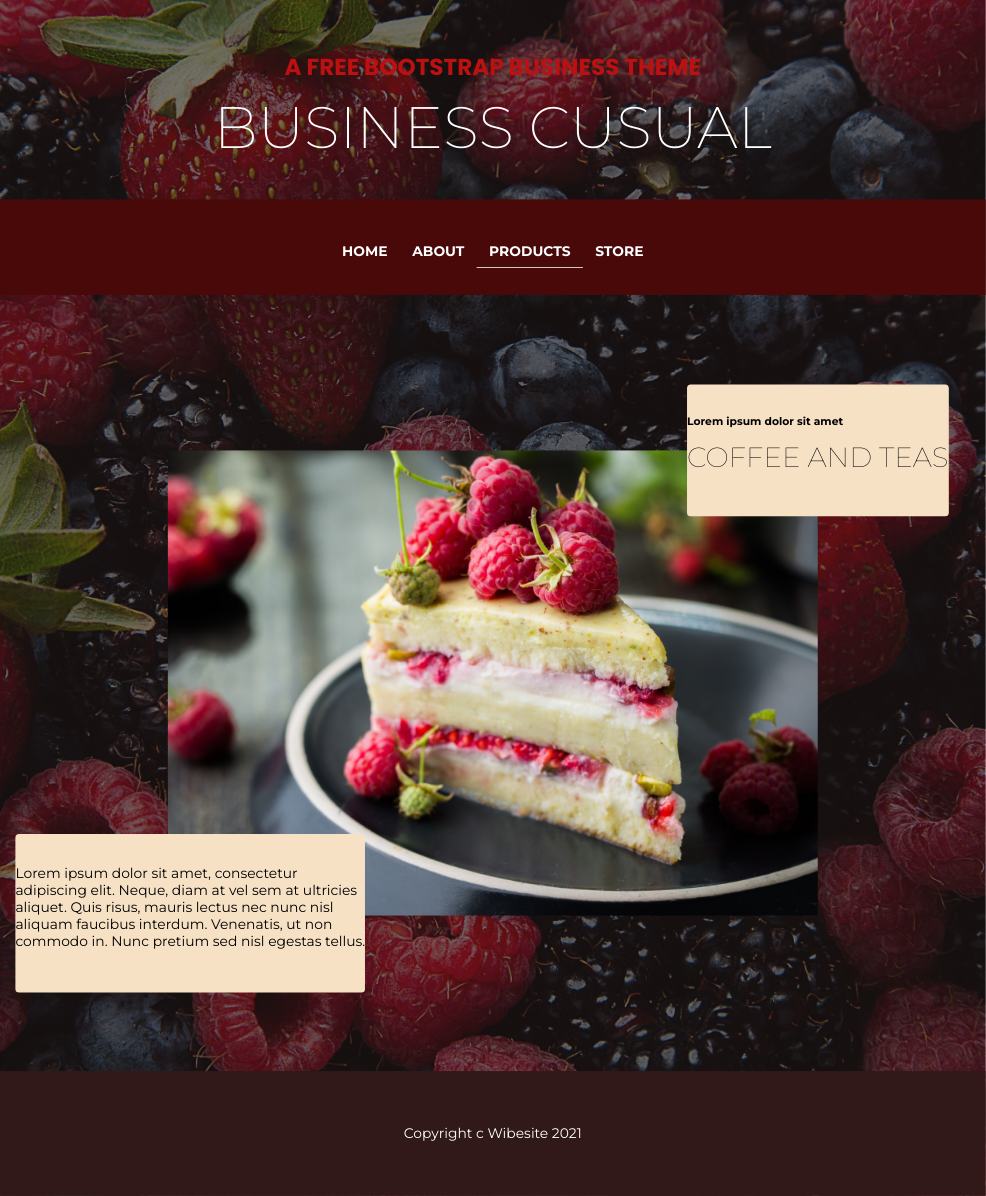
Repository: wadelfadill/tache_7_Business_bootstrap_theme
Page: product.html
These files come from the project's save history. The page is drawn as it stood at one moment and after the next save; the edit follows.
The browser window is 1280 px wide. The pictures show the whole page, at 77% of full size.

Above is the page before, as saved 2023-04-28 10:34:26.

### product.html
<!DOCTYPE html>
<html lang="en">
<head>
    <meta charset="UTF-8">
    <meta http-equiv="X-UA-Compatible" content="IE=edge">
    <meta name="viewport" content="width=device-width, initial-scale=1.0">
    <!------ title of website ------>
    <title>Business website</title>
    <!------ Bootstrap cdn link ------>
    <link href="https://cdn.jsdelivr.net/npm/bootstrap@5.1.3/dist/css/bootstrap.min.css" rel="stylesheet" integrity="sha384-1BmE4kWBq78iYhFldvKuhfTAU6auU8tT94WrHftjDbrCEXSU1oBoqyl2QvZ6jIW3" crossorigin="anonymous">
    <!------- css link -------------->
    <link rel="stylesheet" href="css/style.css">
    <link rel="stylesheet" href="css/product_style.css">
    <!---------Google Fonts links ---------->
    <link rel="preconnect" href="https://fonts.googleapis.com">
    <link rel="preconnect" href="https://fonts.gstatic.com" crossorigin>
    <link href="https://fonts.googleapis.com/css2?family=Montserrat:wght@100;200;400;700&family=Poppins:wght@700&display=swap" rel="stylesheet">

</head>
<body>
    <!-- ========== Start Header Section ========== -->
    <header id="header">
        <h2 class="first_title text-center">A FREE BOOTSTRAP BUSINESS THEME</h2>
        <h1 class="second_title text-center">BUSINESS CUSUAL</h1>
        <!-- ========== Start navbar  Section ========== -->
        <nav class="my-auto mt-5">
            <div class="container my-auto">
                <ul class="nav justify-content-center">
                    <li class="nav-item">
                      <a class="nav-link" aria-current="page" href="index.html">HOME</a>
                    </li>
                    <li class="nav-item">
                      <a class="nav-link" href="about.html">ABOUT</a>
                    </li>
                    <li class="nav-item">
                      <a class="nav-link active" href="product.html">PRODUCTS</a>
                    </li>
                    <li class="nav-item">
                      <a class="nav-link" href="store.html">STORE</a>
                    </li>
                </ul>
            </div>
        </nav>
        <!-- ========== End navbar  Section ========== -->
    </header>
    <!-- ========== End Header Section ========== -->
    <!-- ========== Start Main Section ========== -->
    <main>
      <!-- ========== Start First Section ========== -->
      <section id="first_section">
        <div class="container">
          <div class="row justify-content-center">
            <div class="col photo_fisrt position-relative">
              <div class="box-top position-absolute top-0 start-100 translate-middle">
                <p class="p1">Lorem ipsum dolor sit amet</p>
                <p class="p2">COFFEE AND TEAS</p>
              </div>
              <div class="box-bottom">
                <p>Lorem ipsum dolor sit amet, consectetur <br>
                  adipiscing elit. Neque, diam at vel sem at ultricies <br>
                  aliquet. Quis risus, mauris lectus nec nunc nisl <br>
                  aliquam faucibus interdum. Venenatis, ut non <br>
                  commodo in. Nunc pretium sed nisl egestas tellus.</p>
              </div>
            </div>
          </div>
        </div>
      </section>
      <!-- ========== End First Section ========== -->
    </main>
    <!-- ========== End Main Section ========== -->
    <footer id="footer">
        <p class="text-center">Copyright c Wibesite 2021</p>
    </footer>



    <!------ Bootstrap script -------->
    <script src="https://cdn.jsdelivr.net/npm/bootstrap@5.1.3/dist/js/bootstrap.bundle.min.js" integrity="sha384-ka7Sk0Gln4gmtz2MlQnikT1wXgYsOg+OMhuP+IlRH9sENBO0LRn5q+8nbTov4+1p" crossorigin="anonymous"></script>
</body>
</html>

### css/style.css
/* ===== General ====== */

:root{
    --red-color: #BD1111;
    --bg-red:#490909;
    --white-color: #FFFFFF;
    --black-color: #000000;
    --bg-beize:#F6E1C5;
    --bg-red-black: #311919;
    --bg-red-opac:rgba(165, 52, 43, 0.69);
    --red-border: #CD5449;
}
*{
    margin: 0;
    padding: 0;
}
body{
    padding: 0;
    margin: 0;
    background-image: linear-gradient(rgba(34, 24, 24, 0.6), rgba(34, 24, 24, 0.6)), url("../images/1.jpeg");
    background-position: center;
    background-size: cover;
    background-repeat: no-repeat;
}
/* ===== squelette ====== */
/* ===== header section ====== */
/* ===== header titles ======= */
#header .first_title{
    font-family: 'Poppins';
    font-style: normal;
    font-weight: 700;
    font-size: 30px;
    line-height: 45px;
    color: var(--red-color);
    margin-top: 65px;
}
#header .second_title{
    font-family: 'Montserrat';
    font-style: normal;
    font-weight: 200;
    font-size: 76px;
    line-height: 93px;
    color: var(--white-color);
}
/* ====== header navbar ======*/
#header nav{
    background: var(--bg-red);
    height: 124px;
}
#header nav ul li{
    margin-top: 48px;
}
#header nav a{
    font-family: 'Montserrat';
    font-style: normal;
    font-weight: 700;
    font-size: 18px;
    line-height: 22px;
    color: var(--white-color);
}
#header nav a.active{
    padding-bottom: 10px;
    border-bottom: 1px solid white;
}
/* ==== Main section ==========*/
/* main{
    height: 1000px;
} */
/* ====== footer section ====== */
#footer{
    height: 162px;
    background: var(--bg-red-black);
    padding-top: 70px;
}
#footer p{
    font-family: 'Montserrat';
    font-style: normal;
    font-weight: 400;
    font-size: 18px;
    line-height: 22px;
    color: var(--white-color);
}


/* ===== responsive css ======*/
@media screen and (max-width:550px) {
    #header .second_title{
        font-size: 30px;
    }
    #header nav{
        height: max-content;
        padding-bottom: 40px;
    }
}

### css/product_style.css
/* ===== General ====== */

:root{
    --red-color: #BD1111;
    --bg-red:#490909;
    --white-color: #FFFFFF;
    --black-color: #000000;
    --bg-beize:#F6E1C5;
    --bg-red-black: #311919;
    --bg-red-opac:rgba(165, 52, 43, 0.69);
    --red-border: #CD5449;
}


/* ==========first section ========= */
#first_section{
    margin-top: 202px;
    margin-bottom: 202px;
    width: 100%;
}
#first_section .photo_fisrt{
    max-width: 844px;
    height: 604px;
    background: url("../images/gateau-p.png");
    align-self: center;
}
#first_section .box-top{
    max-width: 413px;
    min-height: 150px;
    background: var(--bg-beize);
    padding-top: 39px;
    padding-bottom: 39px;
    border-radius: 5px;
    width: max-content;
}
#first_section .box-top .p1{
    font-family: 'Montserrat';
    font-style: normal;
    font-weight: 600;
    font-size: 14px;
    line-height: 17px;
    color: #000000;
}
#first_section .box-top .p2{
    font-family: 'Montserrat';
    font-style: normal;
    font-weight: 100;
    font-size: 36px;
    line-height: 44px;
    color: #000000;
}
#first_section .box-bottom{
    max-width: 521px;
    min-height: 189px;
    padding-top: 40px;
    padding-bottom: 40px;
    position: absolute;
    bottom: -100px;
    left: -198px;
    background: var(--bg-beize);
    border-radius: 5px;
}
#first_section .box-bottom p{
    font-family: 'Montserrat';
    font-style: normal;
    font-weight: 400;
    font-size: 18px;
    line-height: 22px;
    color: #000000;
}

After the next save:
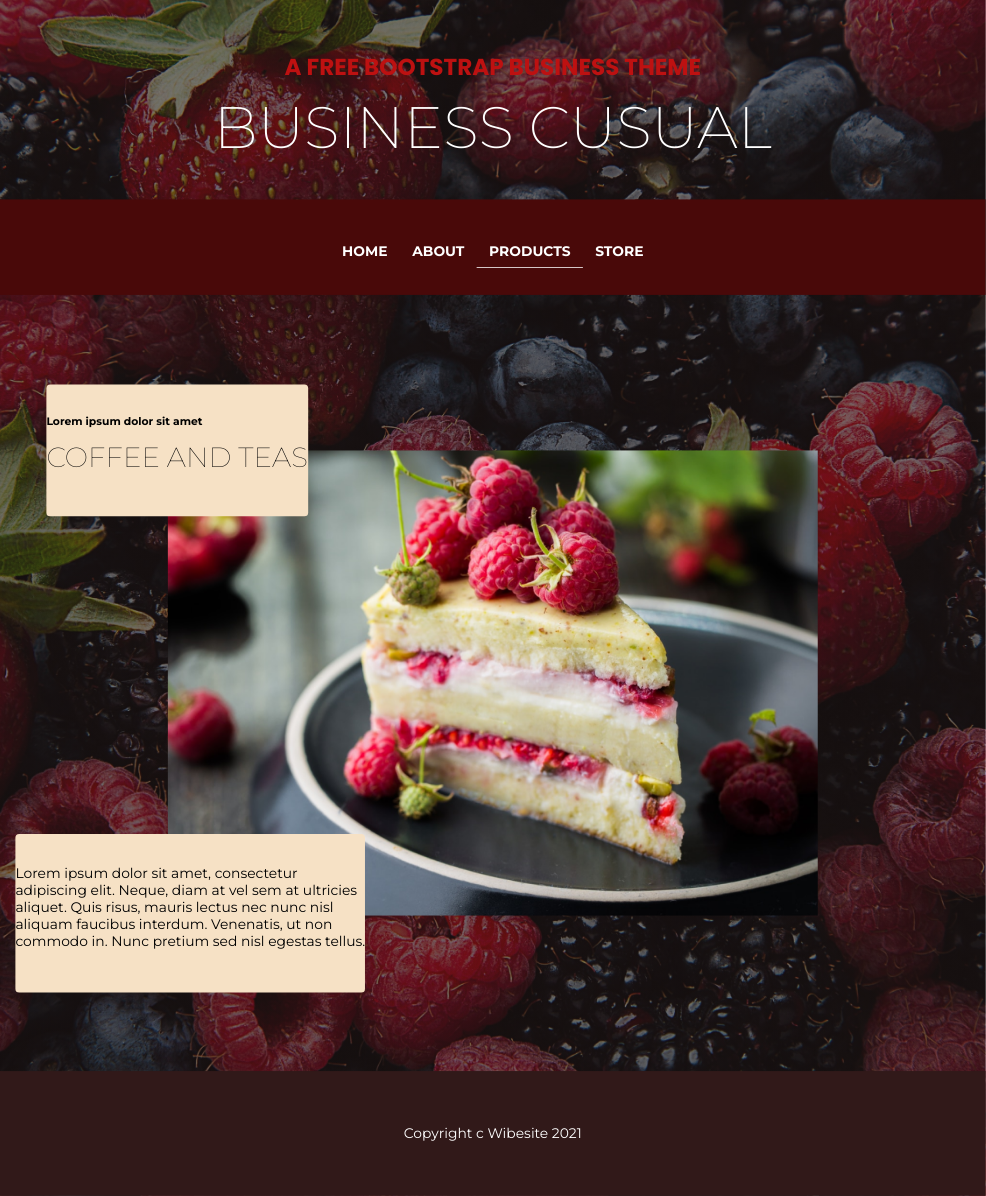
Saved 6 s later.
--- a/product.html
+++ b/product.html
@@ -51,7 +51,7 @@
         <div class="container">
           <div class="row justify-content-center">
             <div class="col photo_fisrt position-relative">
-              <div class="box-top position-absolute top-0 start-100 translate-middle">
+              <div class="box-top position-absolute top-0 start-md-100 translate-middle">
                 <p class="p1">Lorem ipsum dolor sit amet</p>
                 <p class="p2">COFFEE AND TEAS</p>
               </div>

After the save that followed:
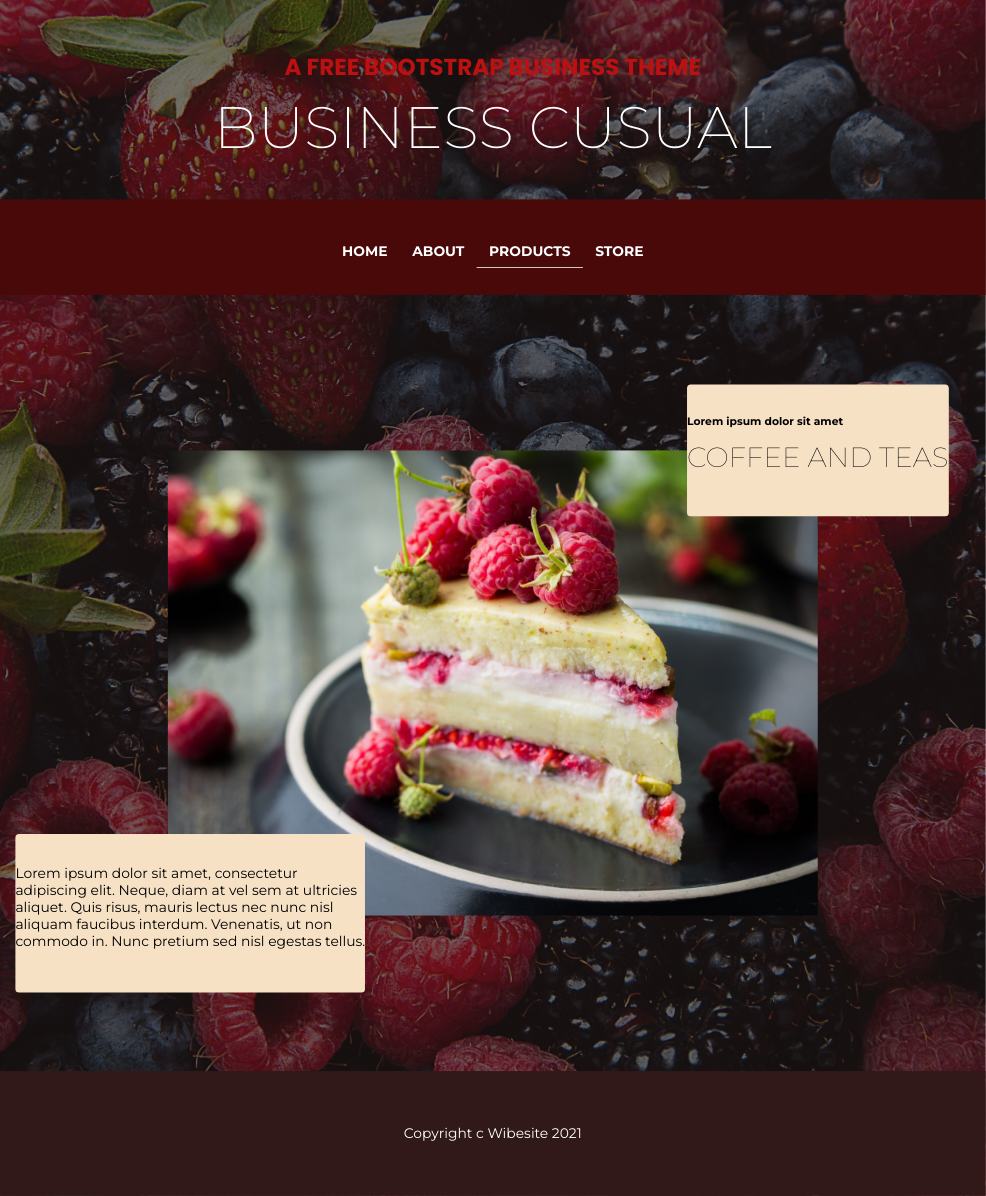
Saved 27 s later.
--- a/product.html
+++ b/product.html
@@ -51,7 +51,7 @@
         <div class="container">
           <div class="row justify-content-center">
             <div class="col photo_fisrt position-relative">
-              <div class="box-top position-absolute top-0 start-md-100 translate-middle">
+              <div class="box-top position-absolute top-0 start-100 translate-middle">
                 <p class="p1">Lorem ipsum dolor sit amet</p>
                 <p class="p2">COFFEE AND TEAS</p>
               </div>
